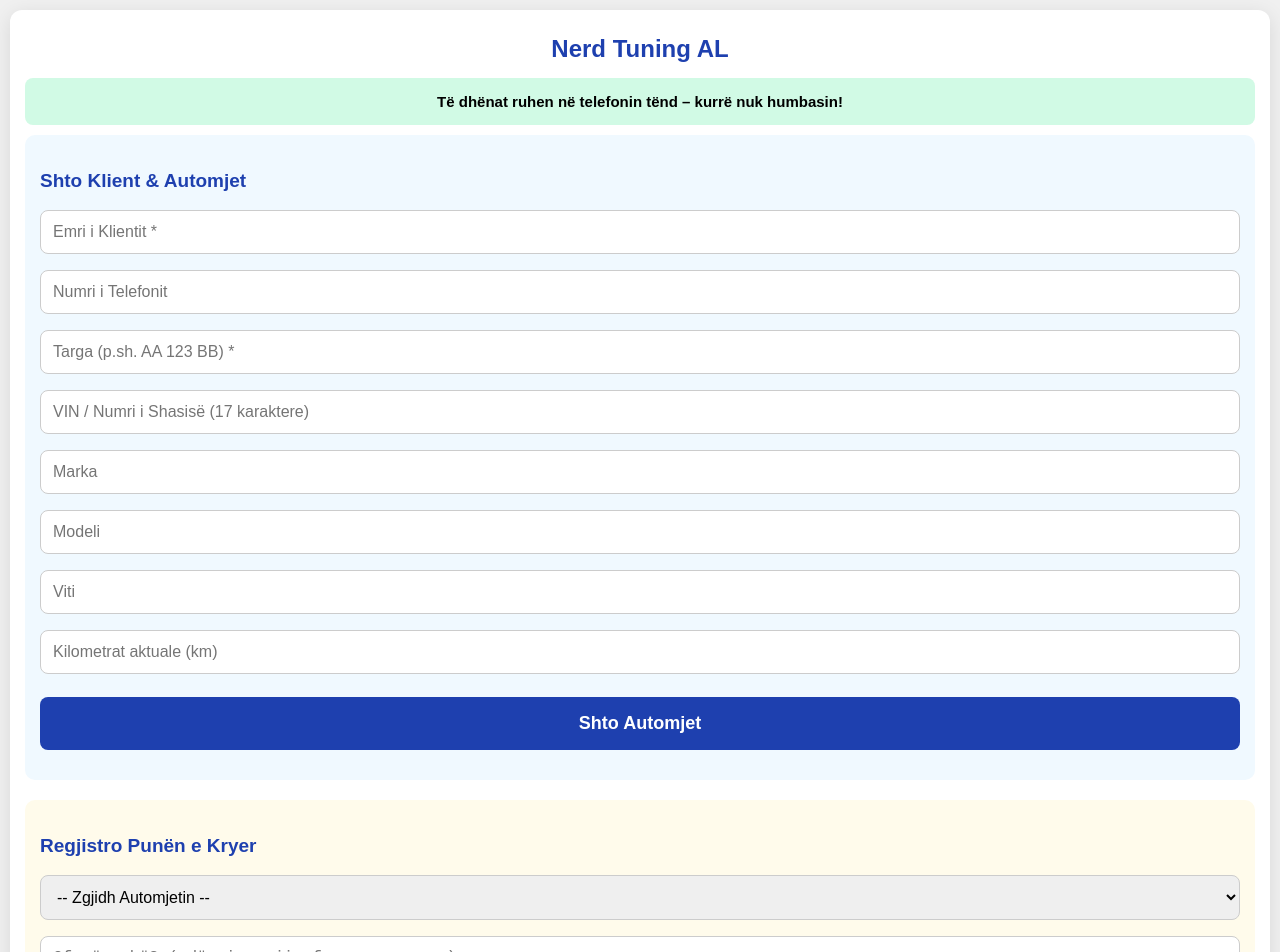
Repository: tjola/nerd_tuning_al
Page: index.html
These files come from the project's save history. The page is drawn as it stood at one moment and after a run of saves; the edit follows.
The browser window is 1280 px wide. The pictures show the part of the page from y = 0 to 952 px (the page is 2180 px tall before and 2163 px after).
A picture or video elsewhere on the page could not be fetched, so the positions and the page height are approximate.

Above is the page before, as saved 2025-12-01 14:18:56.

### index.html
<html lang="sq">
<head>
<meta charset="UTF-8">
<meta name="viewport" content="width=device-width, initial-scale=1.0">
<title>Nerd tuning AL</title>
<style>
  body { font-family: Arial, sans-serif; margin:0; padding:0; background:#f0f0f0; }
  .container { max-width:100%; margin:10px; padding:15px; background:white; border-radius:12px; box-shadow:0 4px 20px rgba(0,0,0,0.1); }
  h1 { text-align:center; color:#1e40af; margin:10px 0 15px; font-size:24px; }
  h2 { color:#1e40af; font-size:19px; margin:20px 0 10px; }
  input, select, textarea, button {
    width:100%; padding:12px; margin:8px 0; font-size:16px;
    border:1px solid #ccc; border-radius:8px; box-sizing:border-box;
  }
  button {
    background:#1e40af; color:white; border:none; font-weight:bold;
    padding:16px; margin:15px 0; font-size:18px;
  }
  .btn-green { background:#16a34a; }
  .btn-red { background:#dc2626; }
  .btn-cyan { background:#0d9488; }
  table { width:100%; border-collapse:collapse; margin:15px 0; font-size:14px; }
  th, td { border:1px solid #999; padding:10px; text-align:left; }
  th { background:#1e40af; color:white; }
  .work-item { background:#f3f4f6; padding:10px; margin:6px 0; border-radius:6px; font-size:14px; }
  .footer { text-align:center; padding:20px; background:#1e40af; color:white; margin-top:30px; border-radius:0 0 12px 12px; }
</style>
</head>
<body>
<div class="container">
  <h1>Nerd Tuning AL</h1>
  <p style="text-align:center; background:#d1fae5; padding:15px; border-radius:8px; margin:10px 0; font-size:15px;">
    <strong>Të dhënat ruhen në telefonin tënd – kurrë nuk humbasin!</strong>
  </p>

  <!-- Shto Automjet -->
  <div style="background:#f0f9ff; padding:15px; border-radius:10px; margin-bottom:20px;">
    <h2>Shto Klient & Automjet</h2>
    <input type="text" id="clientName" placeholder="Emri i Klientit *" required>
    <input type="text" id="clientPhone" placeholder="Numri i Telefonit">
    <input type="text" id="carPlate" placeholder="Targa (p.sh. AA 123 BB) *" required>
    <input type="text" id="carVin" placeholder="VIN / Numri i Shasisë (17 karaktere)">
    <input type="text" id="carMake" placeholder="Marka">
    <input type="text" id="carModel" placeholder="Modeli">
    <input type="number" id="carYear" placeholder="Viti">
    <input type="number" id="carKm" placeholder="Kilometrat aktuale (km)">
    <button onclick="addCar()">Shto Automjet</button>
  </div>

  <!-- Regjistro Punë -->
  <div style="background:#fffbeb; padding:15px; border-radius:10px; margin-bottom:20px;">
    <h2>Regjistro Punën e Kryer</h2>
    <select id="workCarSelect"><option>-- Zgjidh Automjetin --</option></select>
    <textarea id="workDescription" placeholder="Çfarë u bë? (ndërrim vaji, frena, goma...)" rows="3"></textarea>
    <input type="number" id="workCost" placeholder="Çmimi në lekë" step="0.01">
    <input type="number" id="workKm" placeholder="Kilometrat tani (opsionale)">
    <input type="date" id="workDate">
    <button onclick="addWork()">Ruaj Punën</button>
  </div>

  <!-- Lista -->
  <div style="background:#f6ffed; padding:15px; border-radius:10px; margin-bottom:20px;">
    <h2>Të Gjithë Automjetet</h2>
    <div id="records">Nuk ka automjete ende...</div>
  </div>

  <!-- IMPORT / EXPORT -->
  <div style="text-align:center; padding:20px; background:#1e293b; color:white; border-radius:10px; margin:20px 0;">
    <h2 style="color:#fbbf24;">Import & Export të Dhënash</h2>
    <button class="btn-green" onclick="exportData()">EXPORT (Shkarko të gjitha të dhënat)</button>
    <button class="btn-red" onclick="document.getElementById('importFile').click()">
      IMPORT (Ngarko nga skedar)
    </button>
    <input type="file" id="importFile" style="display:none" accept=".txt,.json" onchange="importData(event)">
    <p style="margin:10px 0 0; font-size:14px;">
      Skedari ruhet si <strong>garazh-backup-dd-mm-yyyy.txt</strong>
    </p>
  </div>
</div>

<div class="footer">
  Garazh Auto © 2025 | Version për Celular | VIN + KM + Import/Export
</div>

<script>
let cars = [];

// Ngarko të dhënat kur hapet faqja
window.onload = () => {
  const saved = localStorage.getItem('garazh_v2');
  if (saved) {
    try { cars = JSON.parse(saved); }
    catch(e) { console.log("Të dhëna të vjetra të dëmtuara"); }
  }
  displayRecords();
  updateCarSelect();
};

// Ruaj në localStorage
function saveData() {
  localStorage.setItem('garazh_v2', JSON.stringify(cars));
}

// Shto automjet
function addCar() {
  const emri = document.getElementById('clientName').value.trim();
  const tel = document.getElementById('clientPhone').value.trim();
  const targa = document.getElementById('carPlate').value.trim().toUpperCase();
  const vin = document.getElementById('carVin').value.trim().toUpperCase();
  const km = document.getElementById('carKm').value || "0";

  if (!emri || !targa) return alert("Emri dhe Targa janë të detyrueshme!");

  if (cars.some(c => c.plate === targa)) return alert("Kjo targë ekziston tashmë!");

  cars.push({
    plate: targa,
    vin: vin || "—",
    make: document.getElementById('carMake').value.trim() || "—",
    model: document.getElementById('carModel').value.trim() || "—",
    year: document.getElementById('carYear').value || "—",
    km: parseInt(km) || 0,
    client: { name: emri, phone: tel || "—" },
    works: []
  });

  // Pastro formën
  "clientName clientPhone carPlate carVin carMake carModel carYear carKm".split(" ").forEach(id =>
    document.getElementById(id).value = ""
  );

  saveData();
  displayRecords();
  updateCarSelect();
  alert("Automjeti u shtua me sukses!");
}

// Shto punë
function addWork() {
  const targa = document.getElementById('workCarSelect').value;
  const pershkrim = document.getElementById('workDescription').value.trim();
  const cmimi = parseFloat(document.getElementById('workCost').value) || 0;
  const kmTani = document.getElementById('workKm').value;
  const data = document.getElementById('workDate').value || new Date().toISOString().split('T')[0];

  if (!targa || !pershkrim) return alert("Zgjidh automjetin dhe shkruaj punën!");

  const car = cars.find(c => c.plate === targa);
  car.works.push({
    date: data,
    description: pershkrim,
    cost: cmimi,
    km: kmTani ? parseInt(kmTani) : null
  });

  // Përditëso kilometrat aktuale të makinës nëse u plotësua
  if (kmTani) car.km = parseInt(kmTani);

  document.getElementById('workDescription').value = '';
  document.getElementById('workCost').value = '';
  document.getElementById('workKm').value = '';
  document.getElementById('workDate').value = '';

  saveData();
  displayRecords();
  alert("Puna u ruajt!");
}

// Përditëso dropdown
function updateCarSelect() {
  const sel = document.getElementById('workCarSelect');
  sel.innerHTML = '<option>-- Zgjidh Automjetin --</option>';
  cars.forEach(car => {
    const opt = new Option(`${car.plate} | ${car.vin.substring(0,8)}... | ${car.make} ${car.model} (${car.client.name})`, car.plate);
    sel.add(opt);
  });
}

// Shfaq tabelën
function displayRecords() {
  const div = document.getElementById('records');
  if (cars.length === 0) {
    div.innerHTML = "<p style='text-align:center; color:#666;'>Nuk ka automjete ende. Shto njërin më sipër!</p>";
    return;
  }

  let html = '<table><tr><th>Targa</th><th>VIN</th><th>Automjeti</th><th>Klienti</th><th>KM</th><th>Puna</th><th>Total</th></tr>';
  cars.forEach(car => {
    const total = car.works.reduce((s,w) => s + w.cost, 0).toFixed(0);
    let puna = car.works.length ? '' : '<em>Pa punë</em>';
    car.works.forEach(w => {
      const kmText = w.km ? ` (${w.km} km)` : '';
      puna += `<div class="work-item"><strong>${w.date}</strong>: ${w.description}${kmText} — ${w.cost} lekë</div>`;
    });
    html += `<tr>
      <td><strong>${car.plate}</strong></td>
      <td>${car.vin}</td>
      <td>${car.year} ${car.make} ${car.model}</td>
      <td>${car.client.name}<br><small>${car.client.phone}</small></td>
      <td>${car.km.toLocaleString()} km</td>
      <td>${puna}</td>
      <td><strong>${total} lekë</strong></td>
    </tr>`;
  });
  html += '</table>';
  div.innerHTML = html;
}

// EXPORT – shkarkon skedar të bukur të lexueshëm
function exportData() {
  let text = "GARAZH AUTO - TË DHËNAT E PLOTA\n";
  text += "Data: " + new Date().toLocaleString('sq-AL') + "\n";
  text += "=".repeat(50) + "\n\n";

  cars.forEach((car, i) => {
    text += `${i+1}. Targa: ${car.plate}\n`;
    text += `   VIN: ${car.vin}\n`;
    text += `   Automjeti: ${car.year} ${car.make} ${car.model}\n`;
    text += `   Klienti: ${car.client.name} | ${car.client.phone}\n`;
    text += `   Kilometrat aktuale: ${car.km.toLocaleString()} km\n`;
    text += `   Total i paguar: ${car.works.reduce((s,w)=>s+w.cost,0)} lekë\n`;
    text += `   Historia e punëve:\n`;
    if (car.works.length === 0) text += "      — Ende pa punë\n";
    else {
      car.works.forEach(w => {
        const km = w.km ? ` (${w.km} km)` : '';
        text += `      • ${w.date}: ${w.description}${km} — ${w.cost} lekë\n`;
      });
    }
    text += "-".repeat(40) + "\n\n";
  });

  const blob = new Blob([text], {type: 'text/plain;charset=utf-8'});
  const url = URL.createObjectURL(blob);
  const a = document.createElement('a');
  a.href = url;
  const date = new Date().toLocaleDateString('sq-AL').replace(/\//g, '-');
  a.download = `garazh-backup-${date}.txt`;
  a.click();
  URL.revokeObjectURL(url);
  alert("Të gjitha të dhënat u shkarkuan!");
}

// IMPORT – ngarkon nga skedari
function importData(e) {
  const file = e.target.files[0];
  if (!file) return;
  const reader = new FileReader();
  reader.onload = function(ev) {
    try {
      const content = ev.target.result;
      // Provo si JSON i vjetër
      try {
        cars = JSON.parse(content);
      } catch {
        // Nëse nuk është JSON, provo formatin e ri të lexueshëm (për momentin pranon vetëm JSON)
        alert("Përdor vetëm skedarët e shkarkuar nga ky program!");
        return;
      }
      saveData();
      displayRecords();
      updateCarSelect();
      alert("Të dhënat u importuan me sukses!");
    } catch(err) {
      alert("Gabim: Skedari nuk është i vlefshëm!");
    }
  };
  reader.readAsText(file);
}
</script>
<div align=center><a href='https://www.counter12.com'><img src='https://www.counter12.com/img-9ZdC2yDa50aBZZ10-3.gif' border='0' alt='counter'></a><script type='text/javascript' src='https://www.counter12.com/ad.js?id=9ZdC2yDa50aBZZ10'></script></div>
</body>
</html>

After the next 5 saves:
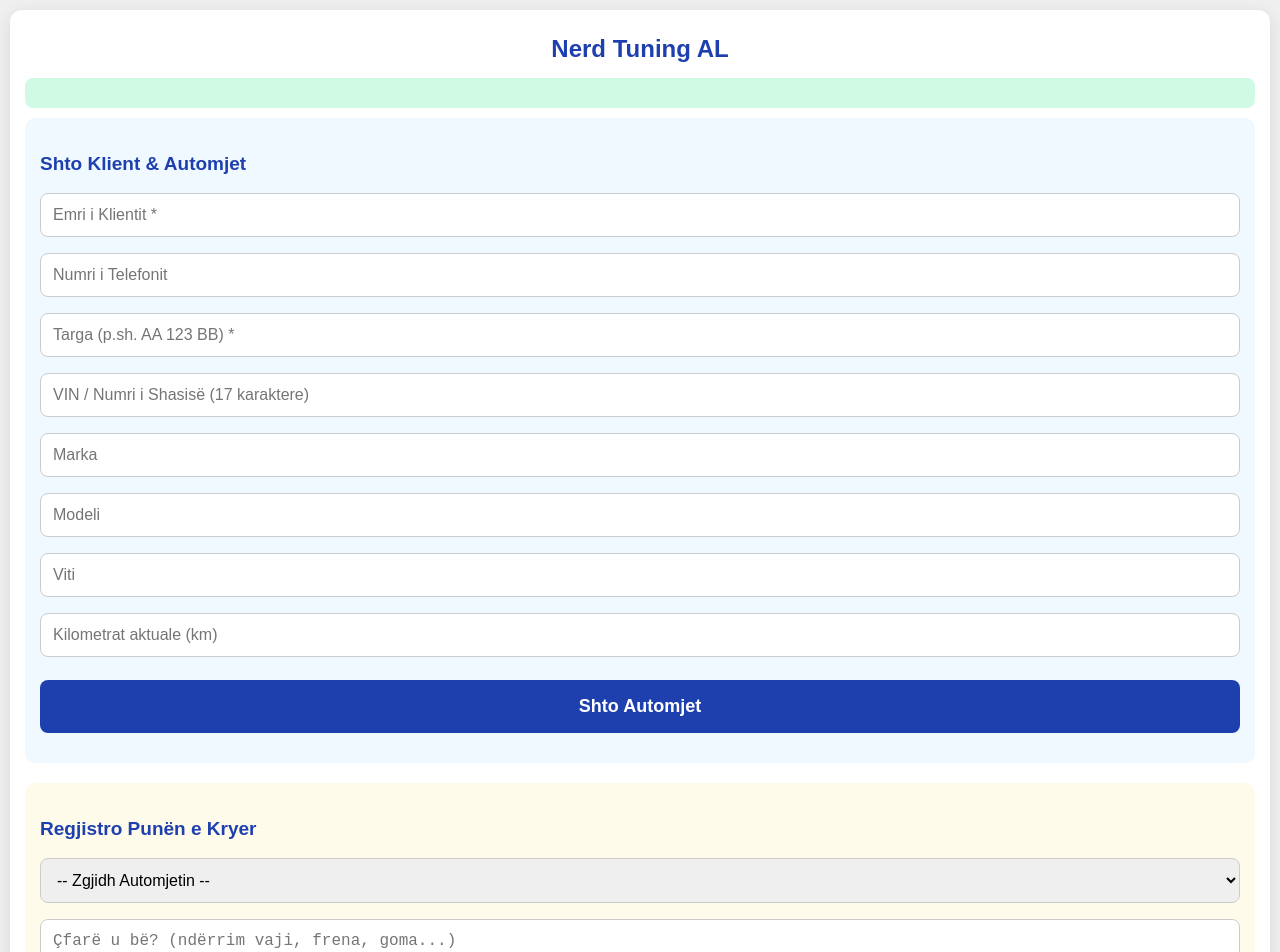
The 5 saves are shown as one change because they came seconds apart.
The last was saved 4 min 18 s later.
--- a/index.html
+++ b/index.html
@@ -30,7 +30,7 @@
 <div class="container">
   <h1>Nerd Tuning AL</h1>
   <p style="text-align:center; background:#d1fae5; padding:15px; border-radius:8px; margin:10px 0; font-size:15px;">
-    <strong>Të dhënat ruhen në telefonin tënd – kurrë nuk humbasin!</strong>
+
   </p>
 
   <!-- Shto Automjet -->
